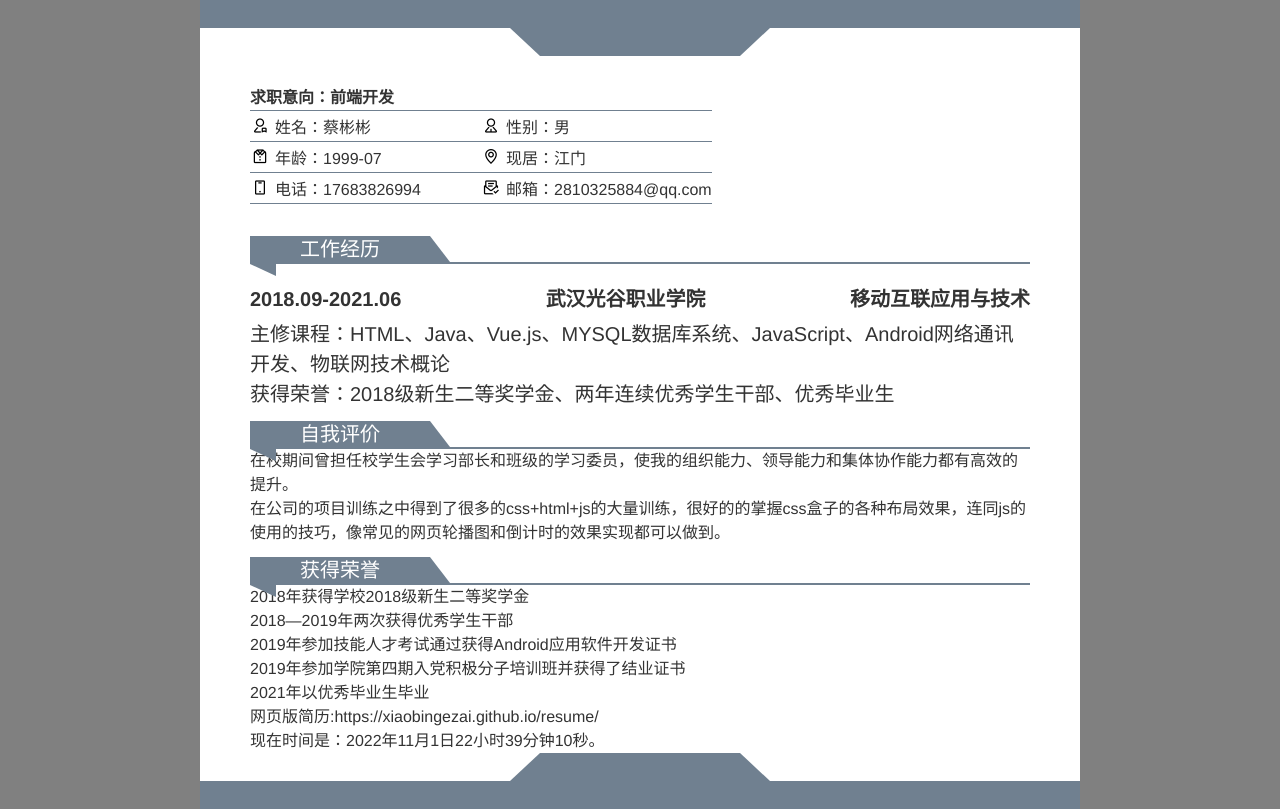
Repository: xiaobingezai/resume
Page: index.html
The author's editor kept a copy of each file at every save. The page is drawn from the files as they stood at one save, then again after the next save.
The browser window is 1280 px wide. The pictures show the whole page.

Above is the page before, as saved 2022-11-03 00:28:55.

### index.html
<!DOCTYPE html>
<html lang="en">

<head>
    <meta charset="UTF-8">
    <meta http-equiv="X-UA-Compatible" content="IE=edge">
    <meta name="viewport" content="width=device-width, initial-scale=1.0">
    <title>Document</title>
    <link rel="stylesheet" href="css/index.css">
    <link rel="stylesheet" href="./iconfont/iconfont.css">
</head>

<body>
    <div class="wrapper" id="zhengTi">
        <div class="tiXing1"></div>
        <div id="head">
            <!-- 个人信息 -->
            <div class="geRenXinXi">
                <ul>
                    <li><h4>求职意向：前端开发</h4></li>
                    <li><div></span><span class="iconfont icon-office-supplies"></span><span>姓名：蔡彬彬</span></div><div></span><span class="iconfont icon-bussiness-man"></span>性别：男<span></span></div></li>
                    <li><div></span><span class="iconfont icon-apparel"></span><span>年龄：1999-07</span></div><div></span><span class="iconfont icon-map"></span><span>现居：江门</span></div></li>
                    <li><div></span><span class="iconfont icon-mobile-phone"></span><span>电话：17683826994</span></div><div></span><span class="iconfont icon-tradealert"></span><span>邮箱：2810325884@qq.com</span></div></li>
                </ul>
            </div>
            <!-- 教育背景 -->
            <div id="content">
                    <div class="zhuangShiTuPian"><samp>工作经历</samp></div>
                    <p class="jiShu1"><span>2018.09-2021.06</span><span>武汉光谷职业学院</span><span>移动互联应用与技术</span></p>
                    <p>主修课程：HTML、Java、Vue.js、MYSQL数据库系统、JavaScript、Android网络通讯开发、物联网技术概论</p>
                    <p>获得荣誉：2018级新生二等奖学金、两年连续优秀学生干部、优秀毕业生</p>
            </div>
            <div id="tail" class="clearfix">
                <div class="diBu1">
                    <div class="zhuangShiTuPian"><samp>自我评价</samp></div>
                    <ul>
                        <li>在校期间曾担任校学生会学习部长和班级的学习委员，使我的组织能力、领导能力和集体协作能力都有高效的提升。</li>
                        <li>在公司的项目训练之中得到了很多的css+html+js的大量训练，很好的的掌握css盒子的各种布局效果，连同js的使用的技巧，像常见的网页轮播图和倒计时的效果实现都可以做到。</li>
                    </ul>
                </div>
                <div class="diBu2">
                    <div class="zhuangShiTuPian"><samp>获得荣誉</samp></div>
                    <ul>
                        <li>2018年获得学校2018级新生二等奖学金</li>
                        <li>2018—2019年两次获得优秀学生干部</li>
                        <li>2019年参加技能人才考试通过获得Android应用软件开发证书</li>
                        <li>2019年参加学院第四期入党积极分子培训班并获得了结业证书</li>
                        <li>2021年以优秀毕业生毕业</li>
                    </ul>
                </div>
                <div id="jianLi">
                    <p >网页版简历:<a href="https://xiaobingezai.github.io/resume/" target="blank">https://xiaobingezai.github.io/resume/</a></p>
                    <div class="daoJiShi"></div>
                </div>
            </div>
        </div>

        <!-- 底部 -->
        <div class="tiXing2"></div>
    </div>
    <script src="./js/index.js"></script>
</body>

</html>

### css/index.css
/* 清除默认样式的代码 */
/* 去除常见标签默认的 margin 和 padding */
body,
h1,
h2,
h3,
h4,
h5,
h6,
p,
ul,
ol,
li,
dl,
dt,
dd,
input {
    margin: 0;
    padding: 0;
}

/* 內减模式 */
* {
    box-sizing: border-box;
}

/* 设置网页统一的字体大小、行高、字体系列相关属性 */
body {
    font: 16px/1.5 "Helvetica Neue", Helvetica, Arial, "Microsoft Yahei",
        "Hiragino Sans GB", "Heiti SC", "WenQuanYi Micro Hei", sans-serif;
    color: #333;
}

/* 去除列表默认样式 */
ul,
ol {
    list-style: none;
}

/* 去除默认的倾斜效果 */
em,
i {
    font-style: normal;
}

/* 去除a标签默认下划线，并设置默认文字颜色 */
a {
    text-decoration: none;
    color: #333;
}

/* 设置img的垂直对齐方式为居中对齐，去除img默认下间隙 */
img {
    vertical-align: middle;
}

/* 去除input默认样式 */
input {
    border: none;
    outline: none;
    color: #333;
}

/* 左浮动 */
.fl {
    float: left;
}

/* 右浮动 */
.fr {
    float: right;
}

/* 双伪元素清除法 */
.clearfix::before,
.clearfix::after {
    content: "";
    display: table;
}

.clearfix::after {
    clear: both;
}

/* 版心居中 */
.wrapper {
    width: 880px;
    margin: 0 auto;
}

body{
    background-color: rgba(128, 128,128);
}
/* 装饰横条背景 */
.zhuangShiTuPian {
    position: relative;
    text-align: center;
    line-height: 30px;
    font-size: 20px;
    color: #fff;
    width: 780px;
    height: 40px;
    border-bottom: 2px solid #708090;
}
.zhuangShiTuPian::after {
    content: '';
    position: absolute;
    left: 0px;
    top: 40px;
    width: 0;
    height: 0;
    border-width: 0 26px 12px 0;
    border-style: solid;
    border-color: transparent #708090;
}
.zhuangShiTuPian samp {
    display: block;
    width: 200px;
    height: 0;
    padding-top: 12px;
    border-bottom: 26px solid #708090;
    border-right: 20px solid transparent;
}

/* 最外层的盒子的样式设置 */
#zhengTi {
    background-color: #fff;
    border-top: 28px solid #708090 ;
    border-bottom: 28px solid #708090 ;
}
#zhengTi .tiXing1 {
    width: 260px;
    height: 0;
    margin: 0 auto;
    border-top: 28px solid #708090;
    border-left: 30px solid transparent;
    border-right: 30px solid transparent;
}
#zhengTi .tiXing2 {
    width: 260px;
    height: 0;
    margin: 0 auto;
    border-bottom: 28px solid #708090;
    border-left: 30px solid transparent;
    border-right: 30px solid transparent;
}

/* head的区域 */
#zhengTi #head {
    margin-left: 50px;
    margin-right: 50px;
}
/* 个人信息 */
#zhengTi #head .geRenXinXi {
    margin-top: 30px;
}
#zhengTi #head .geRenXinXi li{
    width: 462px;
    border-bottom: 1px solid #708090;
}
#zhengTi #head .geRenXinXi li .iconfont {
    font-size: 20px;
    color: #000;
    margin-right: 5px;
}
#zhengTi #head .geRenXinXi li {
    display: flex;
}
#zhengTi #head .geRenXinXi li div {
    flex: 1;
}

/* 教育背景 */
#zhengTi #head #content {
    margin-top: 20px;
}
#zhengTi #head #content .jiShu1 {
    margin-top: 20px;
    margin-bottom: 5px;
    display: flex;
    justify-content: space-between;
    font-weight: 800;
}
#zhengTi #head #content p:nth-child(n+1) {
    font-size: 20px;
}

### iconfont/iconfont.css
@font-face {
  font-family: "iconfont"; /* Project id 3746240 */
  src: url('iconfont.woff2?t=1667411973755') format('woff2'),
       url('iconfont.woff?t=1667411973755') format('woff'),
       url('iconfont.ttf?t=1667411973755') format('truetype');
}

.iconfont {
  font-family: "iconfont" !important;
  font-size: 16px;
  font-style: normal;
  -webkit-font-smoothing: antialiased;
  -moz-osx-font-smoothing: grayscale;
}

.icon-Similarproducts:before {
  content: "\e766";
}

.icon-trust:before {
  content: "\e76b";
}

.icon-viewlist:before {
  content: "\e76d";
}

.icon-usercenter:before {
  content: "\e773";
}

.icon-bussiness-man:before {
  content: "\e6ef";
}

.icon-apparel:before {
  content: "\e743";
}

.icon-mobile-phone:before {
  content: "\e759";
}

.icon-map:before {
  content: "\e758";
}

.icon-office-supplies:before {
  content: "\e75a";
}

.icon-tradealert:before {
  content: "\e76a";
}

### js/index.js
let daoJiShi = document.querySelector('.daoJiShi');
            shiJian();
            function shiJian() {
                let time = new Date();
                let nian = time.getFullYear();
                let yue = time.getMonth();
                let ri = time.getDate();
                let h = time.getHours();
                let m = time.getMinutes();
                let s = time.getSeconds();
                let dangQianShiJian = '现在时间是：' + +nian + '年' + (yue + 1) + '月' + ri + '日' + h + '小时' + m + '分钟' + s + '秒' +
                    '。';
                daoJiShi.innerHTML = dangQianShiJian;
            }
            setInterval('shiJian()', 1000);

After the next save:
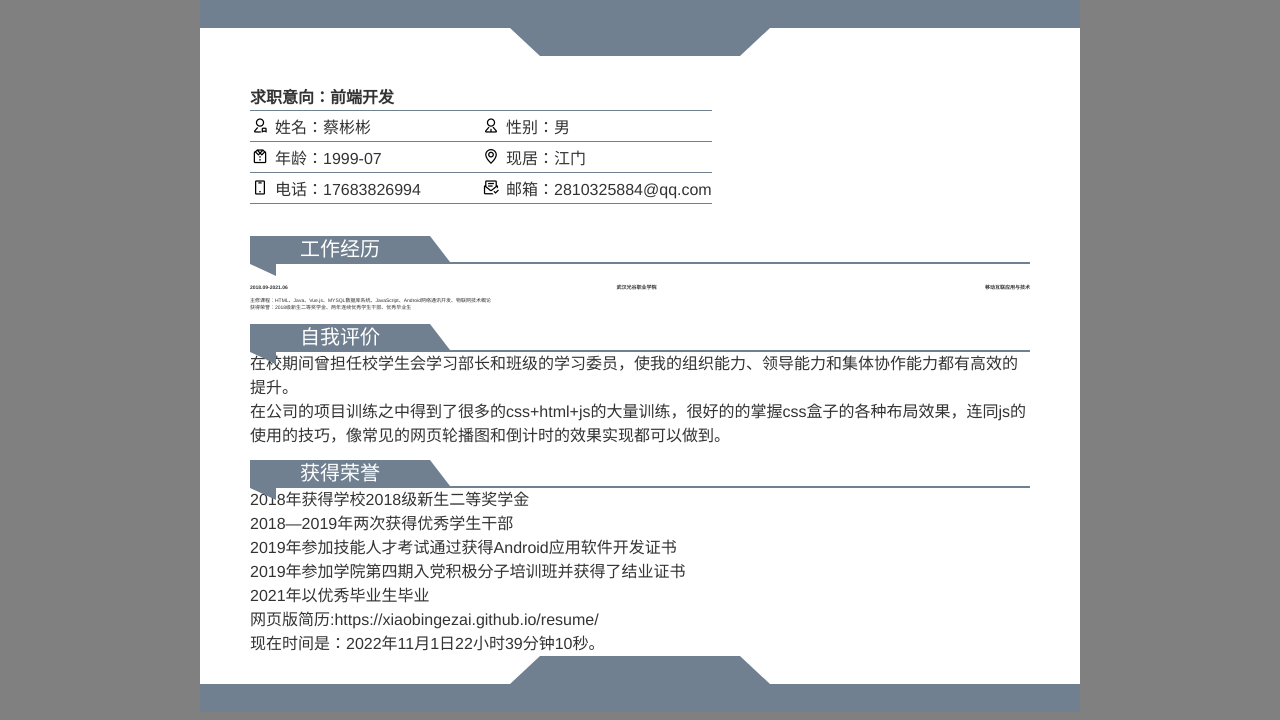
Saved 6 s later.
--- a/css/index.css
+++ b/css/index.css
@@ -182,5 +182,5 @@ body{
     font-weight: 800;
 }
 #zhengTi #head #content p:nth-child(n+1) {
-    font-size: 20px;
+    font-size: 5px;
 }
